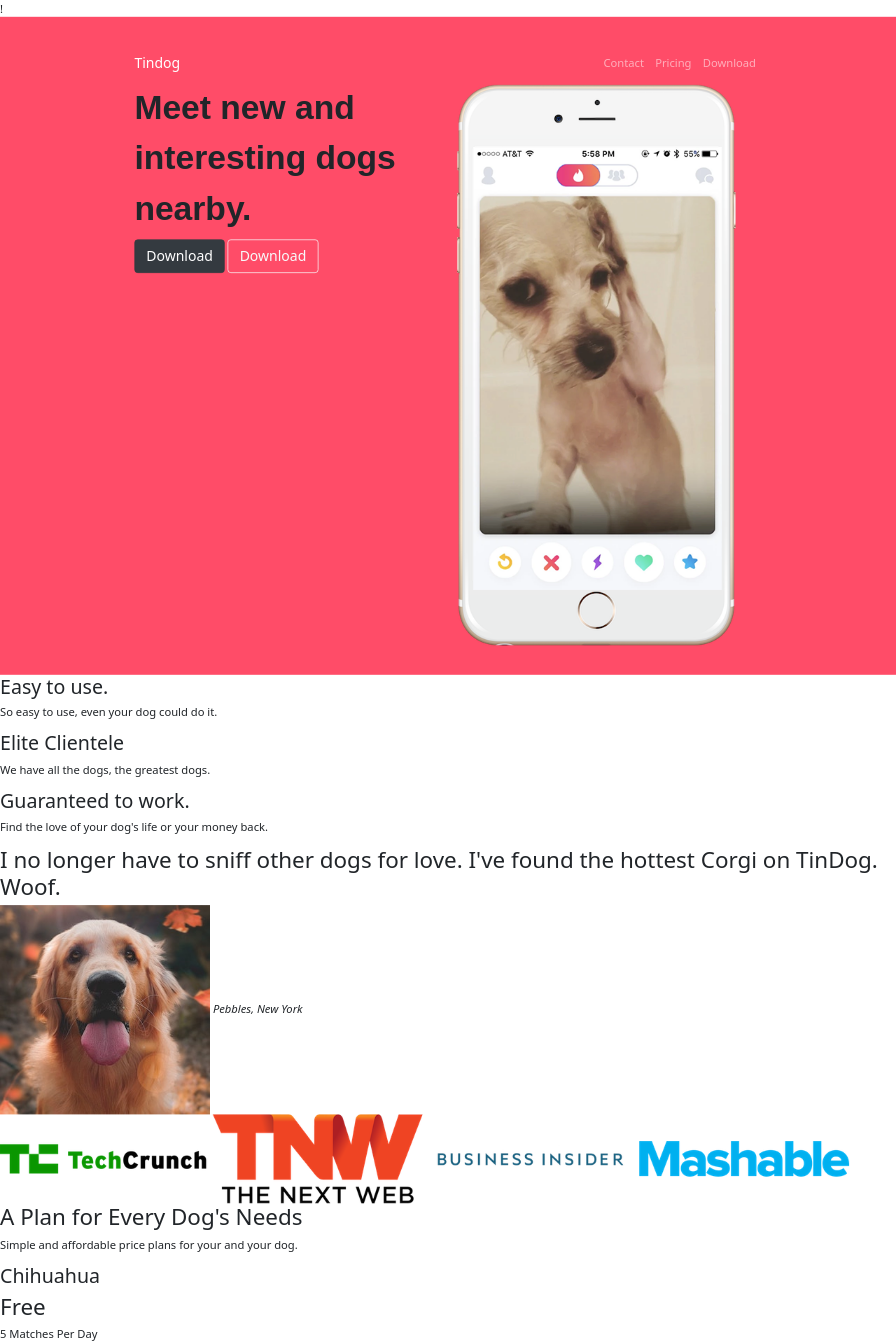
Repository: Mardoqueu/tindog
Page: index.html
These files come from the project's save history. The page is drawn as it stood at one moment and after the next save; the edit follows.
The browser window is 1280 px wide. The pictures show the part of the page from y = 0 to 1920 px (the page is 2671 px tall before and 2647 px after), at 70% of full size.
Some icons come from a web library that is not loaded, so they are not drawn. Some web libraries are served in a nearby version.

Above is the page before, as saved 2022-10-17 16:19:08.

### index.html
<!DOCTYPE html>
<html>

<head>
  <meta charset="utf-8">
  <title>TinDog</title>
  <link href="https://fonts.googleapis.com/css2?family=Montserrat&family=Ubuntu&display=swap" rel="stylesheet">
  <link href="https://fonts.googleapis.com/css2?family=Montserrat:wght@400;900&family=Ubuntu&display=swap" rel="stylesheet">
  <link rel="stylesheet" href="css/styles.css">
  <link rel="stylesheet" href="https://stackpath.bootstrapcdn.com/bootstrap/5.0.0-alpha1/css/bootstrap.min.css" integrity="sha384-r4NyP46KrjDleawBgD5tp8Y7UzmLA05oM1iAEQ17CSuDqnUK2+k9luXQOfXJCJ4I" crossorigin="anonymous">
  !<i class="fa fa-location-arrow" aria-hidden="true"></i>

  <script src="https://stackpath.bootstrapcdn.com/bootstrap/5.0.0-alpha1/js/bootstrap.min.js" integrity="sha384-oesi62hOLfzrys4LxRF63OJCXdXDipiYWBnvTl9Y9/TRlw5xlKIEHpNyvvDShgf/" crossorigin="anonymous"></script>
  <script src="https://cdn.jsdelivr.net/npm/popper.js@1.16.0/dist/umd/popper.min.js" integrity="sha384-Q6E9RHvbIyZFJoft+2mJbHaEWldlvI9IOYy5n3zV9zzTtmI3UksdQRVvoxMfooAo" crossorigin="anonymous"></script>
  <link rel="stylesheet" href="css/styles.css">
</head>

<body>
  <section id="title">
    <div class="container-fluid">


    <!-- Nav Bar -->
    <nav class="navbar navbar-expand-lg navbar-dark">
      <a class="navbar-brand" href="">Tindog</a>
       <button class="navbar-toggler" type="button" data-toggle="collapse" data-target="#navbarSupportedContent" aria-controls="navbarSupportedContent" aria-expanded="false" aria-label="Toggle navigation">
      <span class="navbar-toggler-icon"></span>
    </button>
    <div class="collapse navbar-collapse" id="navbarSupportedContent">
      <ul class="navbar-nav ml-auto">
          <li class="nav-item">
              <a class="nav-link" href="">Contact</a>
          </li>
          <li class="nav-item">
              <a class="nav-link" href="">Pricing</a>
          </li>
          <li class="nav-item">
              <a class="nav-link" href="">Download</a>
          </li>
      </ul>
   </div>
  </nav>


    <!-- Title -->

    <div class="row">

      <div class="col-lg-6">
        <h1>Meet new and interesting dogs nearby.</h1>
        <button type="button" class="btn btn-dark btn-lg"> <i class="fa-brands fa-apple"></i> Download</button>
        <button type="button" class="btn btn-outline-light btn-lg" >Download</button>
      </div>
      <div class="col-lg-6">
        <img src="images/iphone6.png" alt="iphone-mockup">
      </div>
    </div>
  </div>

  </section>


  <!-- Features -->

  <section id="features">

    <h3>Easy to use.</h3>
    <p>So easy to use, even your dog could do it.</p>

    <h3>Elite Clientele</h3>
    <p>We have all the dogs, the greatest dogs.</p>

    <h3>Guaranteed to work.</h3>
    <p>Find the love of your dog's life or your money back.</p>

  </section>


  <!-- Testimonials -->

  <section id="testimonials">

    <h2>I no longer have to sniff other dogs for love. I've found the hottest Corgi on TinDog. Woof.</h2>
    <img src="images/dog-img.jpg" alt="dog-profile">
    <em>Pebbles, New York</em>

    <!-- <h2 class="testimonial-text">My dog used to be so lonely, but with TinDog's help, they've found the love of their life. I think.</h2>
    <img class="testimonial-image" src="images/lady-img.jpg" alt="lady-profile">
    <em>Beverly, Illinois</em> -->

  </section>


  <!-- Press -->

  <section id="press">
    <img src="images/techcrunch.png" alt="tc-logo">
    <img src="images/tnw.png" alt="tnw-logo">
    <img src="images/bizinsider.png" alt="biz-insider-logo">
    <img src="images/mashable.png" alt="mashable-logo">

  </section>


  <!-- Pricing -->

  <section id="pricing">

    <h2>A Plan for Every Dog's Needs</h2>
    <p>Simple and affordable price plans for your and your dog.</p>


    <h3>Chihuahua</h3>
    <h2>Free</h2>
    <p>5 Matches Per Day</p>
    <p>10 Messages Per Day</p>
    <p>Unlimited App Usage</p>
    <button type="button">Sign Up</button>


    <h3>Labrador</h3>
    <h2>$49 / mo</h2>
    <p>Unlimited Matches</p>
    <p>Unlimited Messages</p>
    <p>Unlimited App Usage</p>
    <button type="button">Sign Up</button>


    <h3>Mastiff</h3>
    <h2>$99 / mo</h2>
    <p>Pirority Listing</p>
    <p>Unlimited Matches</p>
    <p>Unlimited Messages</p>
    <p>Unlimited App Usage</p>
    <button type="button">Sign Up</button>

  </section>


  <!-- Call to Action -->

  <section id="cta">

    <h3>Find the True Love of Your Dog's Life Today.</h3>
    <button type="button">Download</button>
    <button type="button">Download</button>

  </section>


  <!-- Footer -->

  <footer id="footer">

    <p>© Copyright TinDog</p>

  </footer>


</body>

</html>

### css/styles.css
#title{
    background-color: #ff4c68;
}
.container-fluid{
    padding: 3% 15%;

}

h1 {
    font-family: 'Montserrat-Black', sans-serif;
    font-size: 3rem;
    line-height: 1.5;
    font-weight: 900;
}

After the next save:
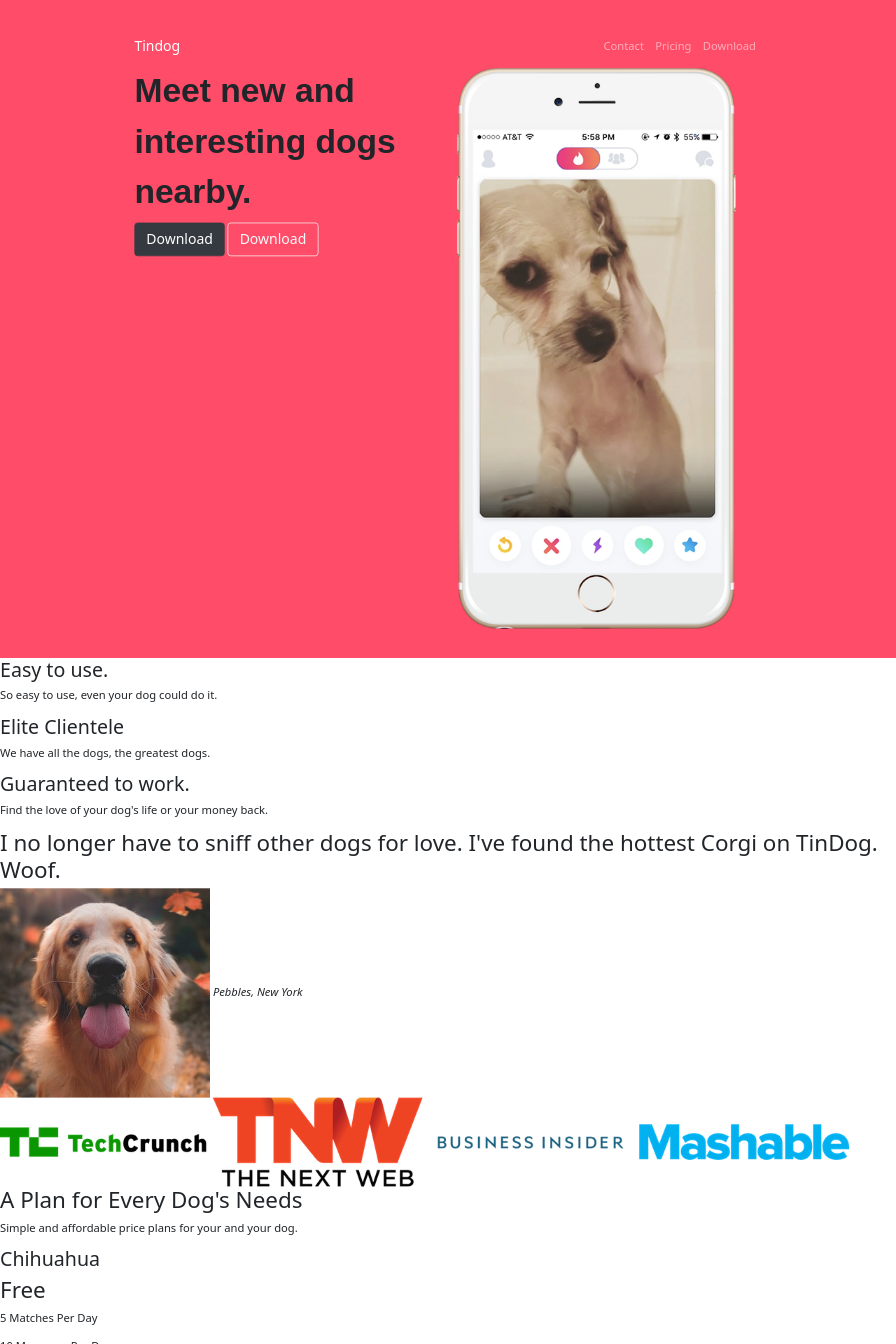
Saved 5 s later.
--- a/index.html
+++ b/index.html
@@ -8,7 +8,7 @@
   <link href="https://fonts.googleapis.com/css2?family=Montserrat:wght@400;900&family=Ubuntu&display=swap" rel="stylesheet">
   <link rel="stylesheet" href="css/styles.css">
   <link rel="stylesheet" href="https://stackpath.bootstrapcdn.com/bootstrap/5.0.0-alpha1/css/bootstrap.min.css" integrity="sha384-r4NyP46KrjDleawBgD5tp8Y7UzmLA05oM1iAEQ17CSuDqnUK2+k9luXQOfXJCJ4I" crossorigin="anonymous">
-  !<i class="fa fa-location-arrow" aria-hidden="true"></i>
+
 
   <script src="https://stackpath.bootstrapcdn.com/bootstrap/5.0.0-alpha1/js/bootstrap.min.js" integrity="sha384-oesi62hOLfzrys4LxRF63OJCXdXDipiYWBnvTl9Y9/TRlw5xlKIEHpNyvvDShgf/" crossorigin="anonymous"></script>
   <script src="https://cdn.jsdelivr.net/npm/popper.js@1.16.0/dist/umd/popper.min.js" integrity="sha384-Q6E9RHvbIyZFJoft+2mJbHaEWldlvI9IOYy5n3zV9zzTtmI3UksdQRVvoxMfooAo" crossorigin="anonymous"></script>

After the save that followed:
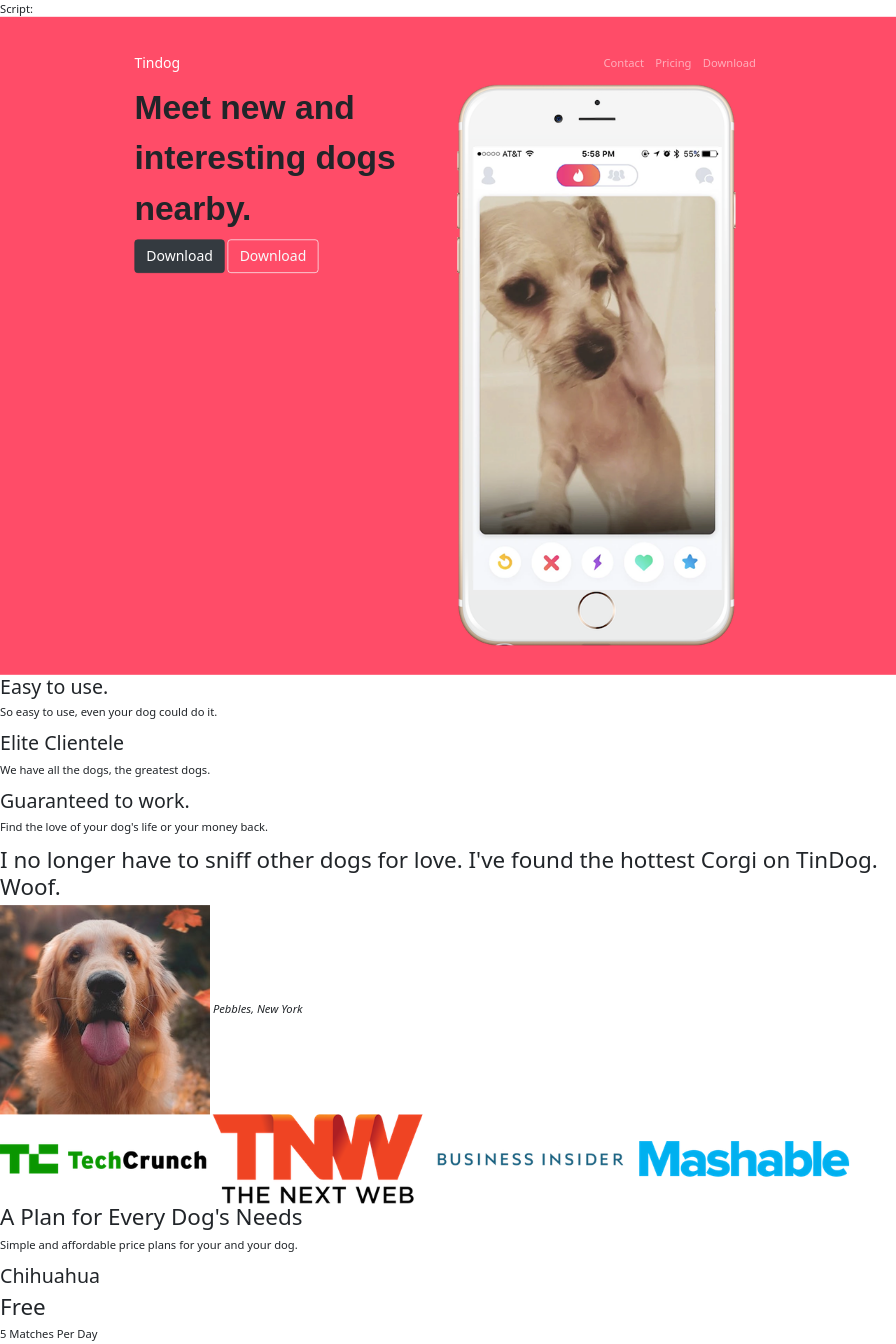
Saved 104 s later.
--- a/index.html
+++ b/index.html
@@ -8,6 +8,8 @@
   <link href="https://fonts.googleapis.com/css2?family=Montserrat:wght@400;900&family=Ubuntu&display=swap" rel="stylesheet">
   <link rel="stylesheet" href="css/styles.css">
   <link rel="stylesheet" href="https://stackpath.bootstrapcdn.com/bootstrap/5.0.0-alpha1/css/bootstrap.min.css" integrity="sha384-r4NyP46KrjDleawBgD5tp8Y7UzmLA05oM1iAEQ17CSuDqnUK2+k9luXQOfXJCJ4I" crossorigin="anonymous">
+  Script:    <script src="https://use.fontawesome.com/releases/v5.13.1/js/all.js"></script>
+
 
 
   <script src="https://stackpath.bootstrapcdn.com/bootstrap/5.0.0-alpha1/js/bootstrap.min.js" integrity="sha384-oesi62hOLfzrys4LxRF63OJCXdXDipiYWBnvTl9Y9/TRlw5xlKIEHpNyvvDShgf/" crossorigin="anonymous"></script>
